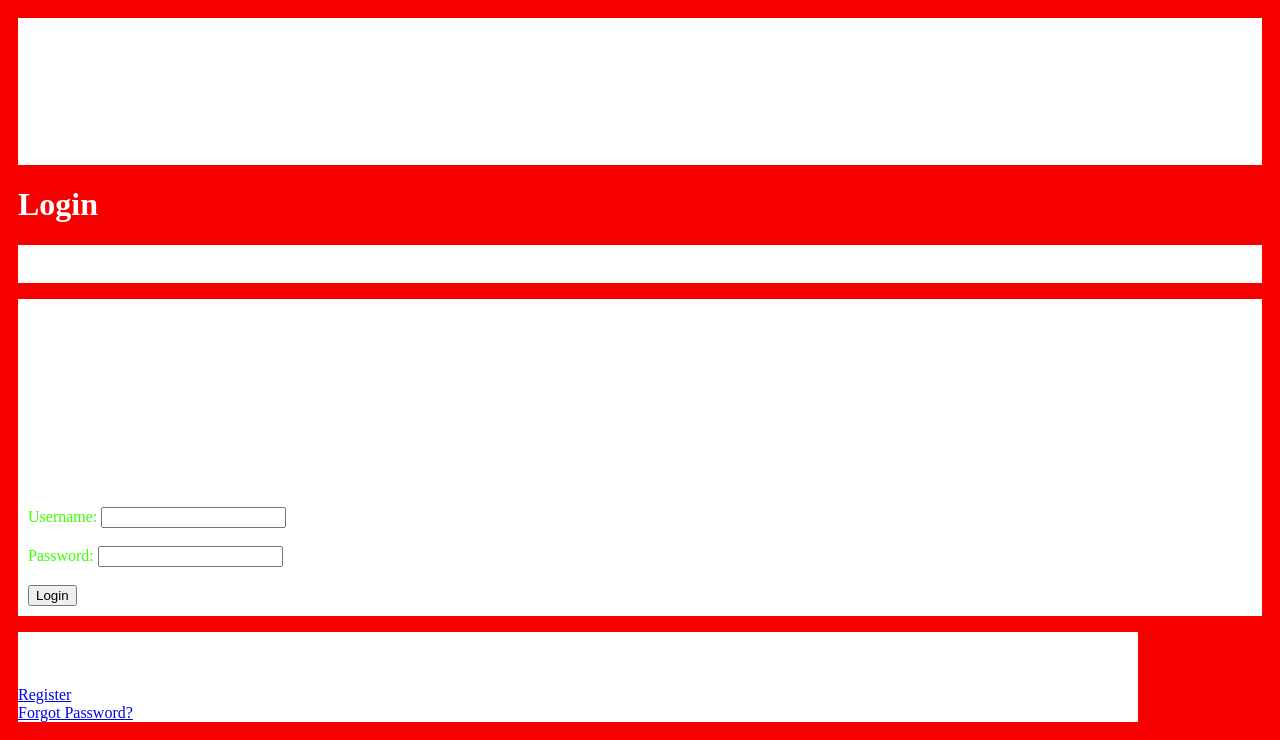
Repository: Gianeuz/CD-Miranda
Page: login/login.html
The author's editor kept a copy of each file at every save. The page is drawn from the files as they stood at one save, then again after a run of saves.
The browser window is 1280 px wide. The pictures show the whole page.

Above is the page before, as saved 2026-09-25 00:00:16.

After the next 5 saves:
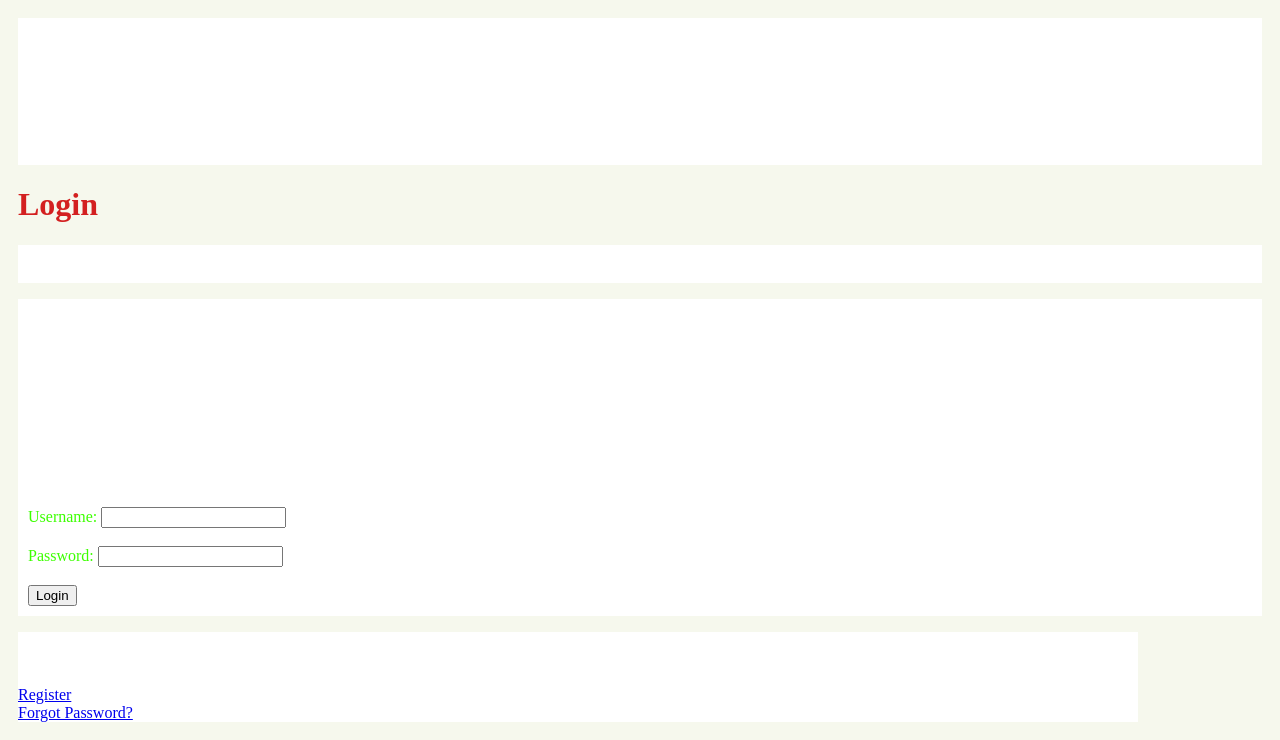
The 5 saves are shown as one change because they came seconds apart.
The last was saved 14 s later.
--- a/login/login.css
+++ b/login/login.css
@@ -1,6 +1,6 @@
 body {
-    background-color: #f70000;
-    color: rgb(255, 255, 255);
+    background-color: #f6f8ed;
+    color: rgb(211, 32, 32);
     padding: 10px;
     text-align: left;
 }
